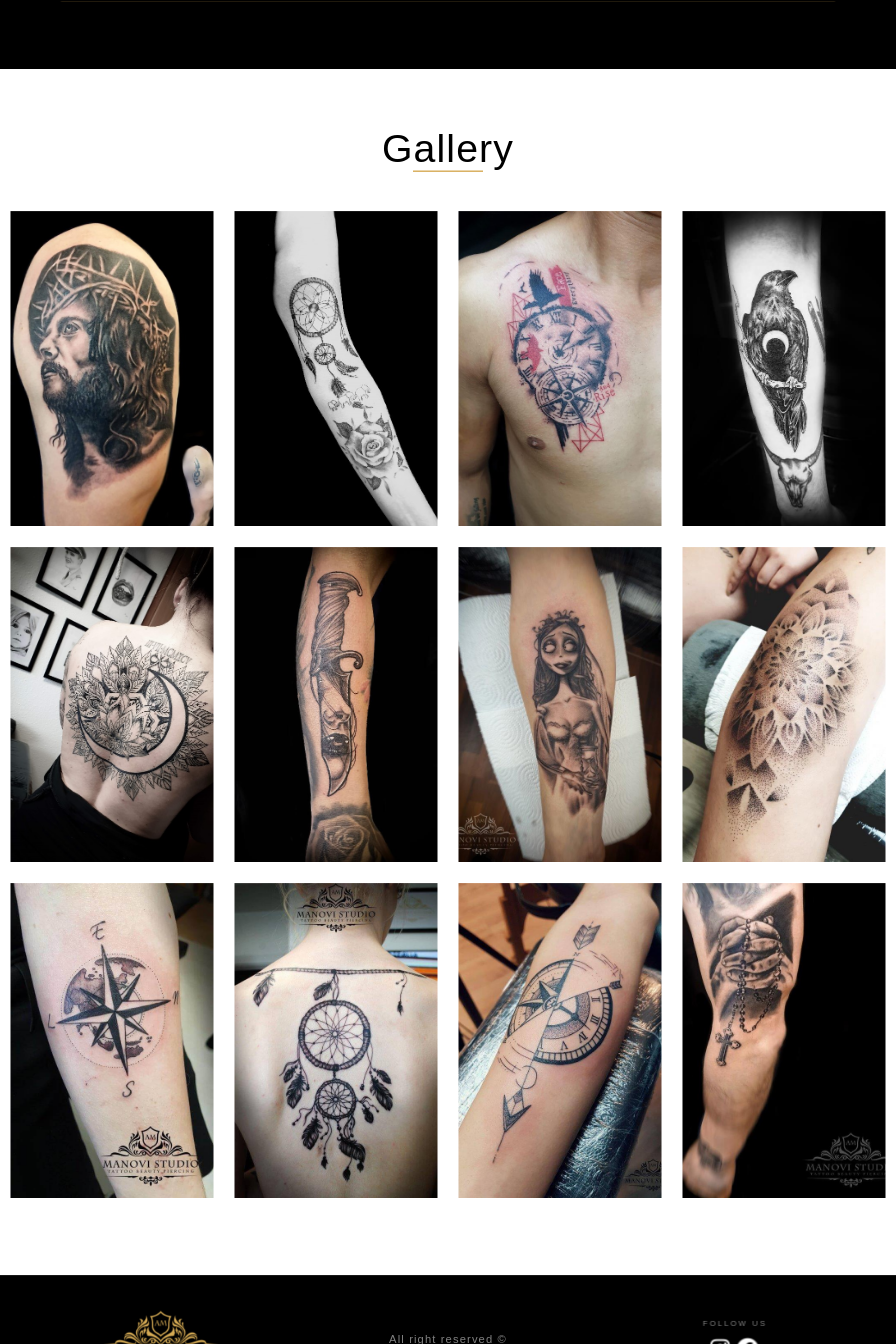
Repository: Spreceriany/TattooWeb
Page: tattoo.html
The author's editor kept a copy of each file at every save. The page is drawn from the files as they stood at one save, then again after the next save.
The browser window is 1280 px wide. The pictures show the part of the page from y = 1261 to 3181 px (the page is 3291 px tall), at 70% of full size.
Backgrounds fixed to the window are drawn as part of the page. Some web fonts or font styles are not loaded; a fallback is used. Some web libraries are served in a nearby version.

Above is the page before, as saved 2020-04-23 16:39:30.
Console error: TypeError: Cannot read properties of null (reading 'addEventListener')

### tattoo.html
<!DOCTYPE html>
<html>

<head>
  <meta charset='utf-8'>
  <meta http-equiv='X-UA-Compatible' content='IE=edge'>
  <title>Tattoo - Manovistudio</title>
  <meta name='viewport' content='width=device-width, initial-scale=1'>
  <link rel='stylesheet' type='text/css' media='screen' href='css/main.css'>

  <link rel="stylesheet" href="https://stackpath.bootstrapcdn.com/bootstrap/4.4.1/css/bootstrap.min.css"
    integrity="sha384-Vkoo8x4CGsO3+Hhxv8T/Q5PaXtkKtu6ug5TOeNV6gBiFeWPGFN9MuhOf23Q9Ifjh" crossorigin="anonymous">

  <link rel="stylesheet" href="https://use.fontawesome.com/releases/v5.11.2/css/all.css">

  <link rel="stylesheet" href="css/mdb.min.css">

  <link rel="stylesheet" href="css/lightgallery.min.css">

  <link rel="stylesheet" href="css/swiper.css">

  <link rel="stylesheet" href="css/aos.css">

  <link rel="stylesheet" href="css/style.css">
  <link rel="icon" type="image/png" href="/images/favicon-32x32.png" sizes="32x32" />
  <link rel="icon" type="image/png" href="/images/favicon-16x16.png" sizes="16x16" />
</head>

<body>
  <div style="overflow-x:hidden; position:relative">
  <div class="wrapper-tattoo">
    <button class="netflix-nav-btn netflix-open-btn">
      <i class="fas fa-bars fa-2x"></i>
    </button>

    <h1 class="gold site-section-heading2" data-aos="fade" data-aos-duration="2000">Tattoo</h1>


    <div class="netflix-nav netflix-nav-black">
      <div class="netflix-nav netflix-nav-red">
        <div class="netflix-nav netflix-nav-white">

          <button class="netflix-nav-btn netflix-close-btn"><i class="fas fa-times"></i></button>

          <img class="netflix-logo" src="images/GOLD.png" alt="ManoviStudio Logo" />

          <ul class="netflix-list">
            <li><a href="index.php">Home</a></li>
            <li><a href="index.php#about">About</a></li>
            <li><a href="index.php#services">Services</a></li>
            <li>
              <ul>
                <li><a href="tattoo.html" class="gold">Tattoo</a></li>
                <li><a href="beauty.html">Beauty</a></li>
                <li><a href="piercing.html">Piercing</a></li>

              </ul>
            </li>
            <li><a href="index.php#contact">Contact Us</a></li>
            <li>
              <a href="tattoo-en.html">English</a><img src="/images/america.svg" alt="american-flag" class="flag" />
            </li>

          </ul>
        </div>
      </div>
    </div>




  </div>
  <div style="overflow-x:hidden; position:relative">
  <div class="container-fluid tattoo-uvod">
    <div class="row pt-5">
      <div class="col-8 col-sm-7 col-md-6  pt-5 ">
          <h2 class="gold tattoo-druhy-slide" data-scroll>Best place to get a tattoo</h2>
          <p class="text-white text-left tattoo-druhy-slide1" data-scroll>Lorem ipsum dolor sit amet consectetur adipisicing elit. Quas esse architecto dolorum modi illo quo quis consectetur quae recusandae distinctio itaque laborum fuga deleniti aspernatur magnam, temporibus quidem quam sequi.</p>
      </div>
    </div>
  </div>
















  <div class="container-fluid black-bg py-5" style="height: auto;" data-aos="fade" data-aos-duration="2000">
    <div class="container align-items-center flex-column ">
      <div class="text-center" data-aos="zoom-in">
        <h2 class="subtitle fancy text-white" style="font-size: 1.2em;"><span>Got a question?</span></h2>
        <p style="font-size: 5em;" class="mt-5 text-white">FAQ</p>
      </div>


      <div class="accordion md-accordion py-5 " id="accordionEx" role="tablist" aria-multiselectable="true"
        data-aos="fade" data-aos-duration="2000">

        <!-- Accordion card -->
        <div class="card black-bg">

          <!-- Card header -->
          <div class="card-header panel-heading-active " role="tab" id="headingOne1">
            <a data-toggle="collapse" data-parent="#accordionEx" href="#collapseOne1" aria-expanded="true"
              aria-controls="collapseOne1">
              <h5 class="mb-0 ">
                Collapsible Group Item #1 <i class="fas fa-angle-down rotate-icon float-right"></i>
              </h5>
            </a>
          </div>

          <!-- Card body -->
          <div id="collapseOne1" class="collapse show" role="tabpanel" aria-labelledby="headingOne1"
            data-parent="#accordionEx">
            <div class="card-body">
              Anim pariatur cliche reprehenderit, enim eiusmod high life accusamus terry richardson ad squid. 3
              wolf moon officia aute, non cupidatat skateboard dolor brunch. Food truck quinoa nesciunt laborum
              eiusmod. Brunch 3 wolf moon tempor, sunt aliqua put a bird on it squid single-origin coffee nulla
              assumenda shoreditch et. Nihil anim keffiyeh helvetica, craft beer labore wes anderson cred
              nesciunt sapiente ea proident. Ad vegan excepteur butcher vice lomo. Leggings occaecat craft beer
              farm-to-table, raw denim aesthetic synth nesciunt you probably haven't heard of them accusamus
              labore sustainable VHS.
            </div>
          </div>

        </div>
        <!-- Accordion card -->

        <!-- Accordion card -->
        <div class="card black-bg">

          <!-- Card header -->
          <div class="card-header panel-heading-active" role="tab" id="headingTwo2">
            <a class="collapsed" data-toggle="collapse" data-parent="#accordionEx" href="#collapseTwo2"
              aria-expanded="false" aria-controls="collapseTwo2">
              <h5 class="mb-0 ">
                Collapsible Group Item #2 <i class="fas fa-angle-down rotate-icon float-right"></i>
              </h5>
            </a>
          </div>

          <!-- Card body -->
          <div id="collapseTwo2" class="collapse" role="tabpanel" aria-labelledby="headingTwo2"
            data-parent="#accordionEx">
            <div class="card-body">
              Anim pariatur cliche reprehenderit, enim eiusmod high life accusamus terry richardson ad squid. 3
              wolf moon officia aute, non cupidatat skateboard dolor brunch. Food truck quinoa nesciunt laborum
              eiusmod. Brunch 3 wolf moon tempor, sunt aliqua put a bird on it squid single-origin coffee nulla
              assumenda shoreditch et. Nihil anim keffiyeh helvetica, craft beer labore wes anderson cred
              nesciunt sapiente ea proident. Ad vegan excepteur butcher vice lomo. Leggings occaecat craft beer
              farm-to-table, raw denim aesthetic synth nesciunt you probably haven't heard of them accusamus
              labore sustainable VHS.
            </div>
          </div>

        </div>
        <!-- Accordion card -->

        <!-- Accordion card -->


        <div class="card  black-bg">

          <!-- Card header -->
          <div class="card-header panel-heading-active" role="tab" id="headingThree3">
            <a class="collapsed" data-toggle="collapse" data-parent="#accordionEx" href="#collapseThree3"
              aria-expanded="false" aria-controls="collapseThree3">
              <h5 class="mb-0 ">
                Collapsible Group Item #2 <i class="fas fa-angle-down rotate-icon float-right"></i>
              </h5>
            </a>
          </div>

          <!-- Card body -->
          <div id="collapseThree3" class="collapse" role="tabpanel" aria-labelledby="headingThree3"
            data-parent="#accordionEx">
            <div class="card-body">
              Anim pariatur cliche reprehenderit, enim eiusmod high life accusamus terry richardson ad squid. 3
              wolf moon officia aute, non cupidatat skateboard dolor brunch. Food truck quinoa nesciunt laborum
              eiusmod. Brunch 3 wolf moon tempor, sunt aliqua put a bird on it squid single-origin coffee nulla
              assumenda shoreditch et. Nihil anim keffiyeh helvetica, craft beer labore wes anderson cred
              nesciunt sapiente ea proident. Ad vegan excepteur butcher vice lomo. Leggings occaecat craft beer
              farm-to-table, raw denim aesthetic synth nesciunt you probably haven't heard of them accusamus
              labore sustainable VHS.
            </div>
          </div>

        </div>

        <!-- Accordion card -->

      </div>
      <!-- Accordion wrapper -->

    </div>
  </div>




  <div class="site-wrap">





    <div class="site-section">
      <div class="container-fluid">

        <div class="row justify-content-center">

          <div class="col-md-7">
            <div class="row mb-5">
              <div class="col-12 ">
                <h2 class="site-section-heading text-center" data-scroll>Gallery</h2>
              </div>
            </div>
          </div>

        </div>
        <div class="row gallery-container" id="lightgallery">
          <div class="col-sm-6 col-md-4 col-lg-4 col-xl-3 item img-gallery center-images-tattoo image-box" data-aos="fade" data-src="images/tattoo/IMG_1086.jpg" data-sub-html="<h4>Fading Light</h4><p>Lorem ipsum dolor sit amet, consectetur adipisicing elit. Dolor doloremque hic excepturi fugit, sunt impedit fuga tempora, ad amet aliquid?</p>">
            <a href="#"><img src="images/tattoo/IMG_1086.jpg" alt="Tattoo-image" class="img-fluid img-resize2"></a>
          </div>
          <div class="col-sm-6 col-md-4 col-lg-4 col-xl-3 item img-gallery center-images-tattoo image-box" data-aos="fade" data-src="images/tattoo/IMG_1089.jpg" data-sub-html="<h4>Fading Light</h4><p>Lorem ipsum dolor sit amet, consectetur adipisicing elit. Laboriosam omnis quaerat molestiae, praesentium. Ipsam, reiciendis. Aut molestiae animi earum laudantium.</p>">
            <a href="#"><img src="images/tattoo/IMG_1089.jpg" alt="Tattoo-image" class="img-fluid img-resize2"></a>
          </div>
          <div class="col-sm-6 col-md-4 col-lg-4 col-xl-3 item img-gallery  center-images-tattoo image-box" data-aos="fade" data-src="images/tattoo/IMG_1090.jpg" data-sub-html="<h4>Fading Light</h4><p>Lorem ipsum dolor sit amet, consectetur adipisicing elit. Quidem reiciendis, dolorum illo temporibus culpa eaque dolore rerum quod voluptate doloribus.</p>">
            <a href="#"><img src="images/tattoo/IMG_1090.jpg" alt="Tattoo-image" class="img-fluid img-resize2"></a>
          </div>
          <div class="col-sm-6 col-md-4 col-lg-4 col-xl-3 item img-gallery  center-images-tattoo image-box" data-aos="fade" data-src="images/tattoo/IMG_1095.jpg" data-sub-html="<h4>Fading Light</h4><p>Lorem ipsum dolor sit amet, consectetur adipisicing elit. Enim perferendis quae iusto omnis praesentium labore tempore eligendi quo corporis sapiente.</p>">
            <a href="#"><img src="images/tattoo/IMG_1095.jpg" alt="Tattoo-image" class="img-fluid img-resize2"></a>
          </div>
          <div class="col-sm-6 col-md-4 col-lg-4 col-xl-3 item img-gallery  center-images-tattoo image-box" data-aos="fade" data-src="images/tattoo/IMG_1102.jpg" data-sub-html="<h4>Fading Light</h4><p>Lorem ipsum dolor sit amet, consectetur adipisicing elit. Saepe, voluptatum voluptate tempore aliquam, dolorem distinctio. In quas maiores tenetur sequi.</p>">
            <a href="#"><img src="images/tattoo/IMG_1102.jpg" alt="Tattoo-image" class="img-fluid img-resize2"></a>
          </div>
          <div class="col-sm-6 col-md-4 col-lg-4 col-xl-3 item img-gallery  center-images-tattoo image-box" data-aos="fade" data-src="images/tattoo/IMG_1103.jpg" data-sub-html="<h4>Fading Light</h4><p>Lorem ipsum dolor sit amet, consectetur adipisicing elit. Saepe, voluptatum voluptate tempore aliquam, dolorem distinctio. In quas maiores tenetur sequi.</p>">
            <a href="#"><img src="images/tattoo/IMG_1103.jpg" alt="Tattoo-image" class="img-fluid img-resize2"></a>
          </div>
          <div class="col-sm-6 col-md-4 col-lg-4 col-xl-3 item img-gallery  center-images-tattoo image-box" data-aos="fade" data-src="images/tattoo/IMG_1454.jpg" data-sub-html="<h4>Fading Light</h4><p>Lorem ipsum dolor sit amet, consectetur adipisicing elit. Saepe, voluptatum voluptate tempore aliquam, dolorem distinctio. In quas maiores tenetur sequi.</p>">
            <a href="#"><img src="images/tattoo/IMG_1454.jpg" alt="Tattoo-image" class="img-fluid img-resize2"></a>
          </div>
          <div class="col-sm-6 col-md-4 col-lg-4 col-xl-3 item img-gallery  center-images-tattoo image-box" data-aos="fade" data-src="images/tattoo/IMG_1877.jpg" data-sub-html="<h4>Fading Light</h4><p>Lorem ipsum dolor sit amet, consectetur adipisicing elit. Saepe, voluptatum voluptate tempore aliquam, dolorem distinctio. In quas maiores tenetur sequi.</p>">
            <a href="#"><img src="images/tattoo/IMG_1877.jpg" alt="Tattoo-image" class="img-fluid img-resize2"></a>
          </div>
          <div class="col-sm-6 col-md-4 col-lg-4 col-xl-3 item img-gallery  center-images-tattoo image-box" data-aos="fade" data-src="images/tattoo/IMG_1878.jpg" data-sub-html="<h4>Fading Light</h4><p>Lorem ipsum dolor sit amet, consectetur adipisicing elit. Saepe, voluptatum voluptate tempore aliquam, dolorem distinctio. In quas maiores tenetur sequi.</p>">
            <a href="#"><img src="images/tattoo/IMG_1878.jpg" alt="Tattoo-image" class="img-fluid img-resize2"></a>
          </div>
          <div class="col-sm-6 col-md-4 col-lg-4 col-xl-3 item img-gallery  center-images-tattoo image-box" data-aos="fade" data-src="images/tattoo/IMG_1879.jpg" data-sub-html="<h4>Fading Light</h4><p>Lorem ipsum dolor sit amet, consectetur adipisicing elit. Saepe, voluptatum voluptate tempore aliquam, dolorem distinctio. In quas maiores tenetur sequi.</p>">
            <a href="#"><img src="images/tattoo/IMG_1879.jpg" alt="Tattoo-image" class="img-fluid img-resize2"></a>
          </div>
          <div class="col-sm-6 col-md-4 col-lg-4 col-xl-3 item img-gallery  center-images-tattoo image-box" data-aos="fade" data-src="images/tattoo/IMG_1884.jpg" data-sub-html="<h4>Fading Light</h4><p>Lorem ipsum dolor sit amet, consectetur adipisicing elit. Saepe, voluptatum voluptate tempore aliquam, dolorem distinctio. In quas maiores tenetur sequi.</p>">
            <a href="#"><img src="images/tattoo/IMG_1884.jpg" alt="Tattoo-image" class="img-fluid img-resize2"></a>
          </div>
          <div class="col-sm-6 col-md-4 col-lg-4 col-xl-3 item img-gallery  center-images-tattoo image-box" data-aos="fade" data-src="images/tattoo/arm_photo" data-sub-html="<h4>Fading Light</h4><p>Lorem ipsum dolor sit amet, consectetur adipisicing elit. Saepe, voluptatum voluptate tempore aliquam, dolorem distinctio. In quas maiores tenetur sequi.</p>">
            <a href="#"><img src="images/tattoo/arm_photo.jpg" alt="Tattoo-image" class="img-fluid img-resize2"></a>
          </div>






        </div>
      </div>
    </div>






  </div>


  <div class="container-fluid px-0">
    <!--- Footer -->
    <footer class="footer-bs">
      <div class="row">
        <div class="col-md-4 footer-brand animated fadeInLeft d-flex col-12">
          <img src="images/GOLD.png" alt=""
            class=" d-flex justify-content-center align-self-center logo-footer mx-auto" />
        </div>
        <div class="col-12 col-md-4 text-center justify-content-center align-content-center d-flex   ">
          <p class="align-self-center mb-sm-4 gray">All right reserved &copy;</p>
        </div>

        <div
          class="col-md-4 col-12 footer-social animated fadeInDown d-flex flex-column mx-auto text-center justify-content-center align-items-center  ">
          <h4 class="gray">Follow Us</h4>
          <ul class="text-center flex-row d-flex mx-1">
            <li>
              <a href="https://www.instagram.com/alex_manovi_tattoo/">
                <i class="fab fa-instagram fa-2x mb-1 ikonka hvr-bob" aria-hidden="true"></i>
              </a>
            </li>
            <li>
              <a href="https://www.facebook.com/manovistudio/">
                <i class="fab fa-facebook fa-2x ikonka hvr-bob" aria-hidden="true"></i>
              </a>
            </li>
          </ul>
        </div>

      </div>
    </footer>
  </div>
  </div>
</div>


  <!-- Optional JavaScript -->
  <!-- jQuery first, then Popper.js, then Bootstrap JS -->
  <script  src="js/jquery-3.3.1.min.js"></script>
  <script defer src="js/swiper.min.js"></script>
  <script src="js/aos.js"></script>

  <script defer src="js/lightgallery-all.min.js"></script>

  <script src="js/main.js"></script>
  <script defer src="js/bootstrap.min.js"></script>
  <script src="js/js.js"></script>
  <script>
    $(document).ready(function () {
      $('#lightgallery').lightGallery();
    });
  </script>
</body>

</html>

Loaded but not shown: css/mdb.min.css (library); css/lightgallery.min.css (library); css/swiper.css (library); css/aos.css (library); js/jquery-3.3.1.min.js (library); js/aos.js (library); js/swiper.min.js (library); js/lightgallery-all.min.js (library); js/bootstrap.min.js (library); js/main.js (294 lines, source omitted); js/js.js (142 lines, source omitted); css/style.css (1190 lines, source omitted); css/main.css (1996 lines, source omitted)

After the next save:
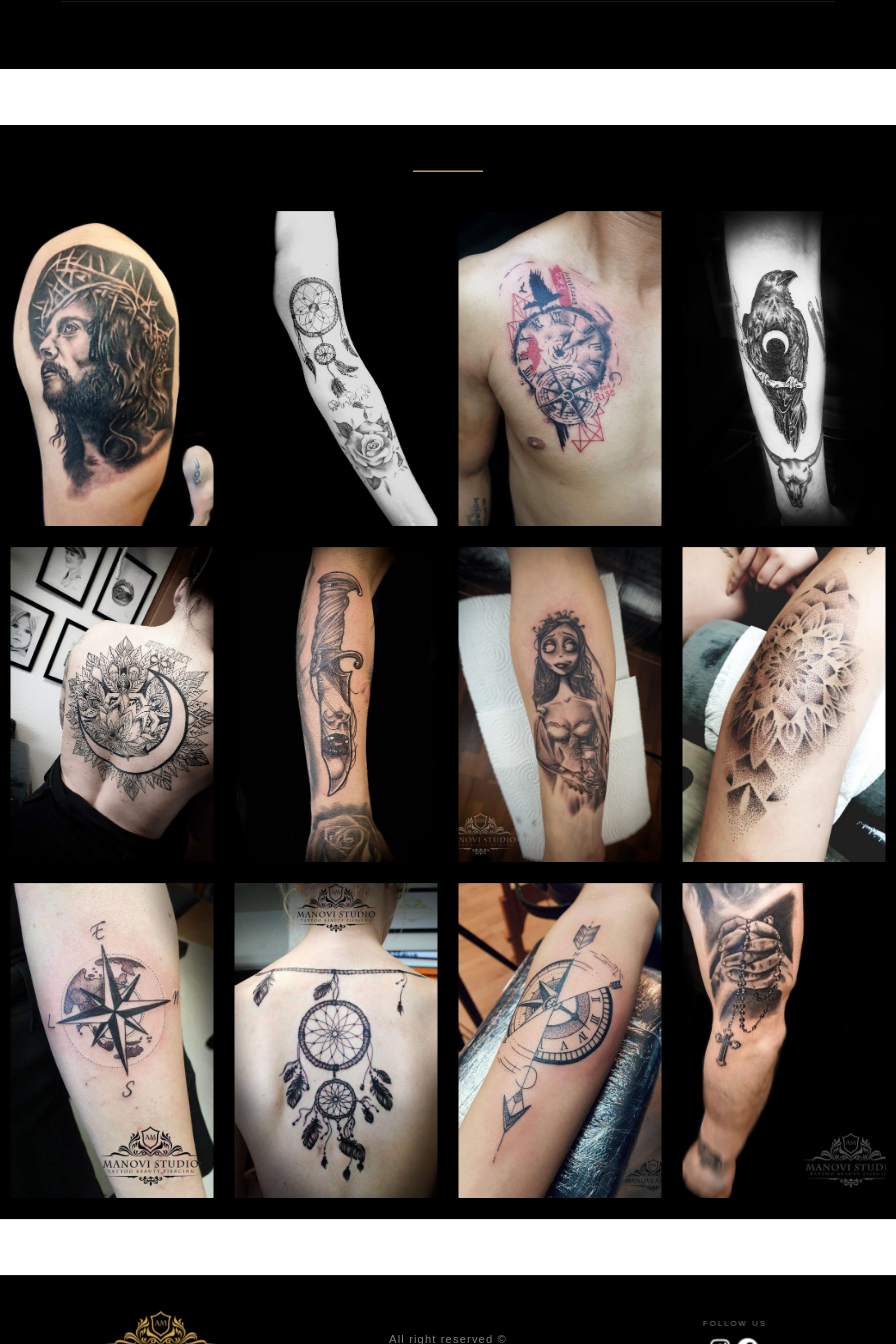
Saved 20 s later.
--- a/tattoo.html
+++ b/tattoo.html
@@ -215,7 +215,7 @@
 
 
     <div class="site-section">
-      <div class="container-fluid">
+      <div class="container-fluid bg-black">
 
         <div class="row justify-content-center">
 
